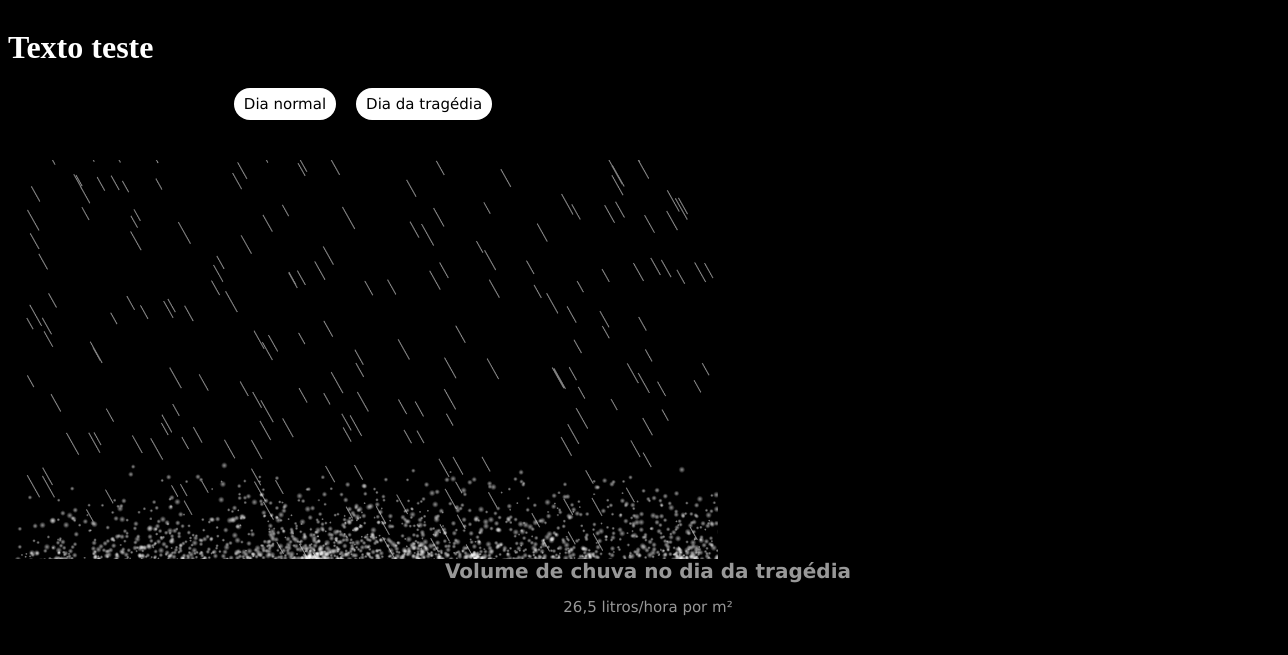
Repository: lucasthaynan/chuvas-estadao
Page: index.html
An editor plug-in stored every save of this project. The page is shown before and after the next save, followed by the edit.
The browser window is 1280 px wide. The page is 1288 px wide, so the pictures cover 1288 px, including what lies to the right of the window. The pictures show the whole page.

Above is the page before, as saved 2023-02-24 10:50:32.
Console error: ReferenceError: dat is not defined

After the next save:
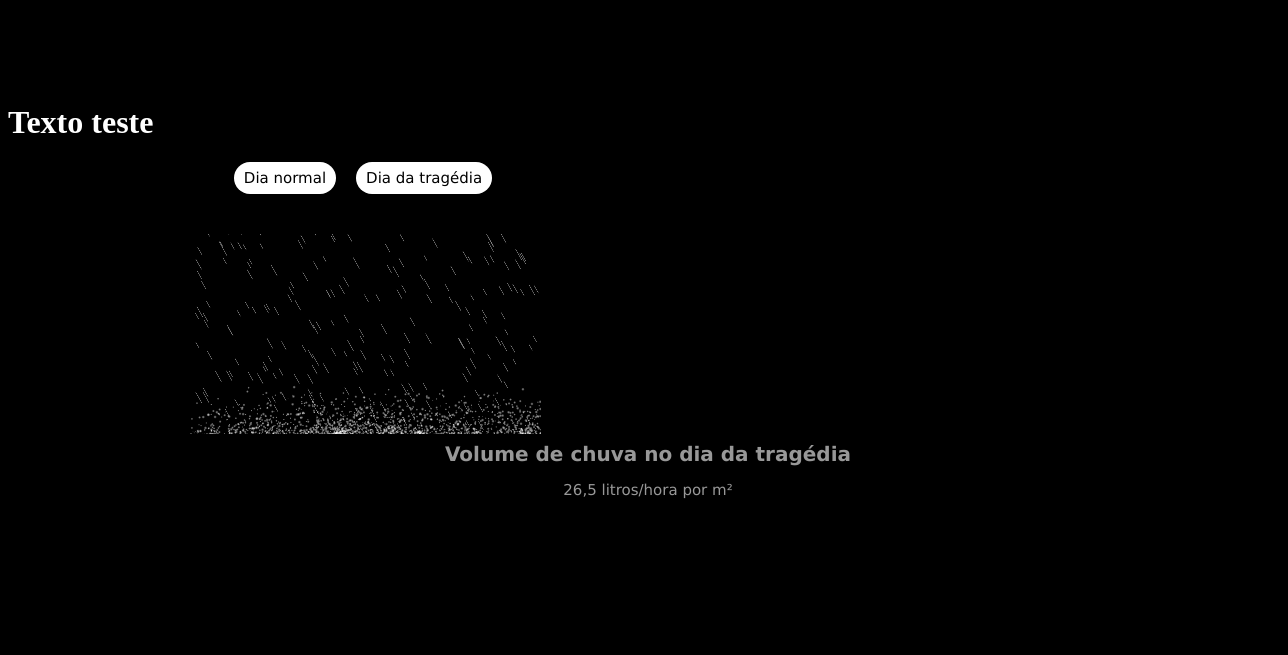
Saved 9 s later.
--- a/style.css
+++ b/style.css
@@ -21,6 +21,8 @@
 canvas {
     width: 710px;
     height: 500px;
+    margin: 0 auto;
+    width: 50%; /* Valor da Largura */
 }
 
 #instructions {
@@ -35,8 +37,7 @@
     width: 710px;
     height: 500px;
 
-    margin: 0 auto;
-    width: 50%; /* Valor da Largura */
+
 
 	@media (max-height: 400px) {
 		display: none;

After the save that followed:
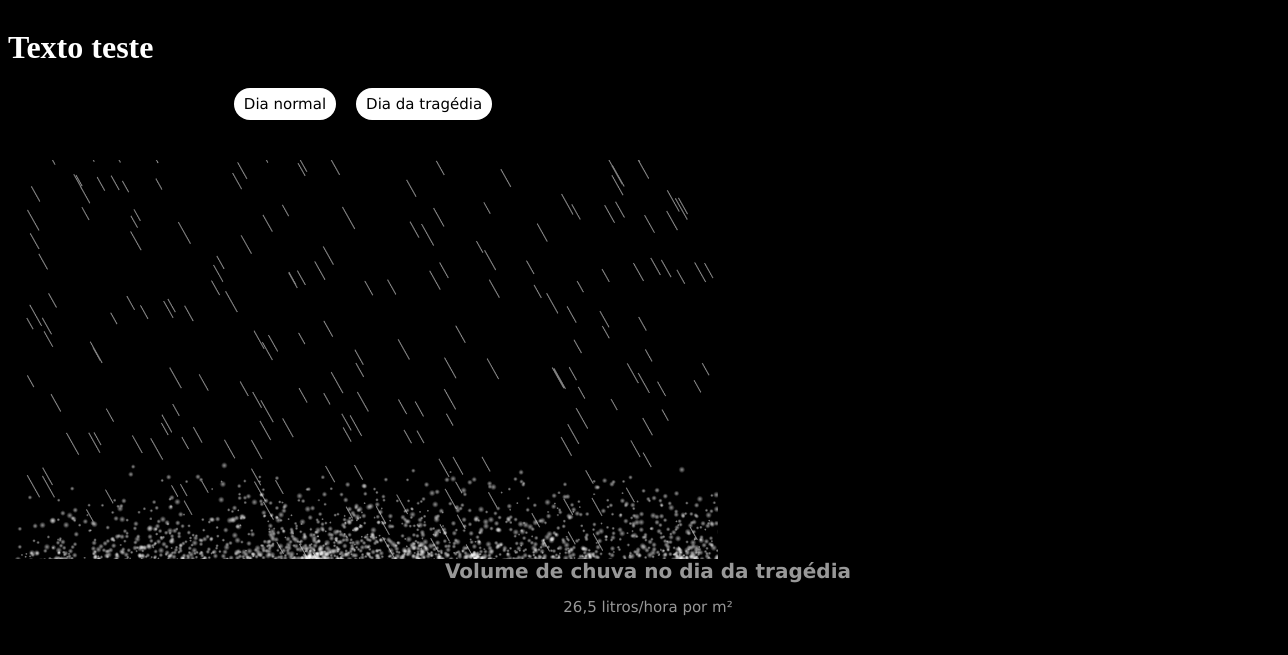
Saved 13 s later.
--- a/style.css
+++ b/style.css
@@ -22,7 +22,7 @@
     width: 710px;
     height: 500px;
     margin: 0 auto;
-    width: 50%; /* Valor da Largura */
+
 }
 
 #instructions {
